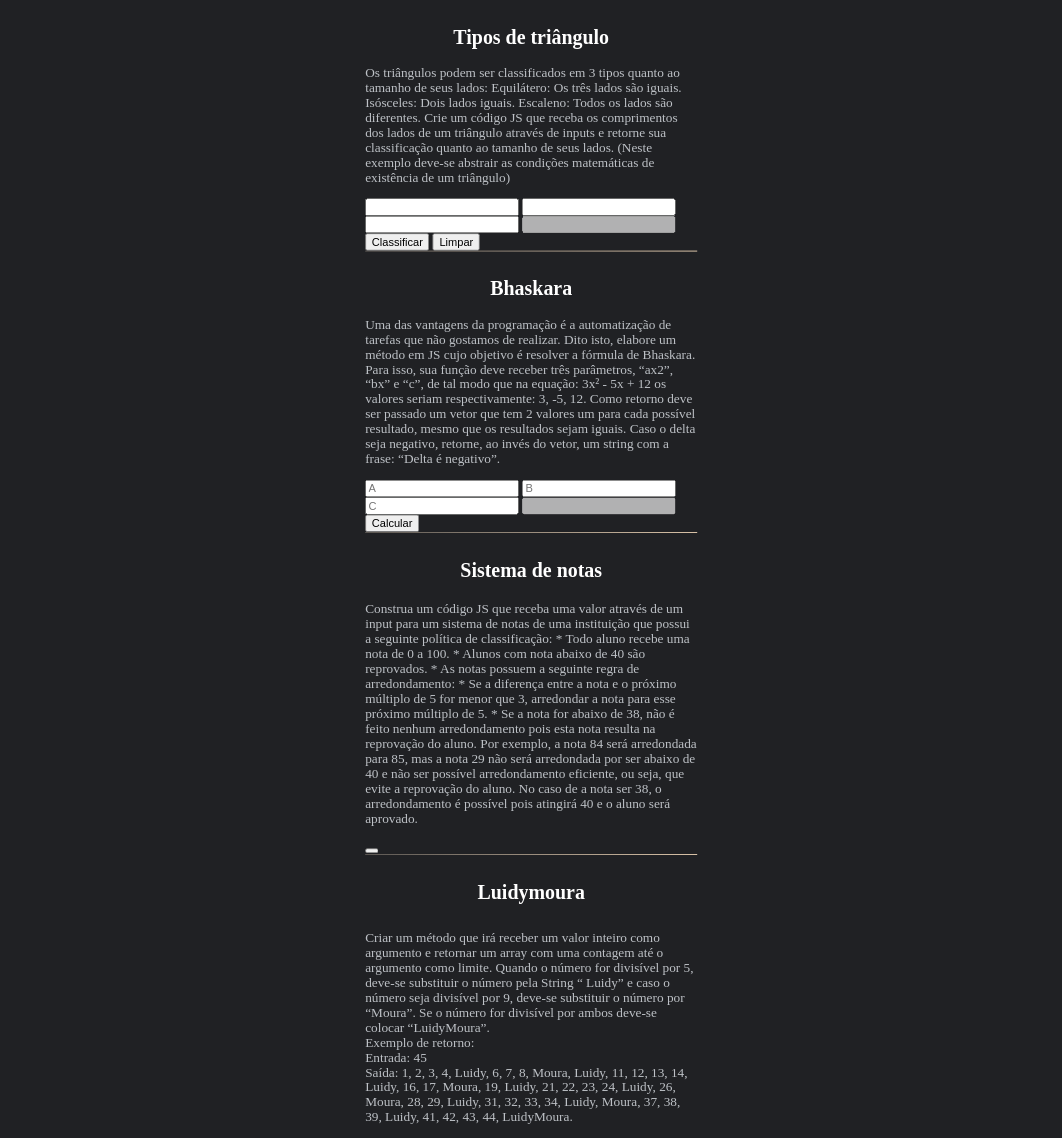
Repository: viviij/Fun-es-Simples-JavaScript
Page: index.html
These files come from the project's save history. The page is drawn as it stood at one moment and after the next save; the edit follows.
The browser window is 1280 px wide. The pictures show the whole page, at 83% of full size.

Above is the page before, as saved 2022-08-26 14:07:23.

### index.html
<!DOCTYPE html>
<html lang="ptBR">
  <head>
    <meta charset="UTF-8">
    <meta http-equiv="X-UA-Compatible" content="IE=edge">
    <meta name="viewport" content="width=device-width, initial-scale=1.0">
    <link rel="stylesheet" href="styles.css">
    <title>Prova C3C</title>
  </head>
  <body>
    <div class="container">
      <section class="Tipos de Triângulo">
        <header>
          <h1>Tipos de triângulo</h1>
          <p>
            Os triângulos podem ser classificados em 3 tipos quanto ao tamanho de seus lados:

            Equilátero: Os três lados são iguais.
            Isósceles: Dois lados iguais.
            Escaleno: Todos os lados são diferentes.

            Crie um código JS que receba os comprimentos dos lados de um triângulo através de inputs e retorne sua classificação quanto ao tamanho de seus lados. (Neste exemplo deve-se abstrair as condições matemáticas de existência de um triângulo)
          </p>

        </header>
        <div class="main">
          <input type="number" name="trianguloLado1" id="trianguloLado1"/>
          <input type="number" name="trianguloLado2" id="trianguloLado2"/>
          <input type="number" name="trianguloLado3" id="trianguloLado3"/>

          <input type="text" name="tipoDeTriangulo" id="tipoDeTriangulo" disabled/>

          <button id="classificacaoTriangulo">Classificar</button>
          <button id="limparInputBotao">Limpar</button>
        </div>
      </section>

      <div class="linhaDeDivisaoDasQuestoes"></div>

      <section class="Bhaskara">
        <header>
          <h2>Bhaskara</h2>
          <p>Uma das vantagens da programação é a automatização de tarefas que não gostamos de realizar. Dito isto, elabore um método em JS cujo objetivo é resolver a fórmula de Bhaskara.

            Para isso, sua função deve receber três parâmetros, “ax2”, “bx” e “c”, de tal modo que na equação: 3x² - 5x + 12 os valores seriam respectivamente: 3, -5, 12.

            Como retorno deve ser passado um vetor que tem 2 valores um para cada possível resultado, mesmo que os resultados sejam iguais.

            Caso o delta seja negativo, retorne, ao invés do vetor, um string com a frase: “Delta é negativo”.</p>
        </header>
        <div class="main">
          <input type="number" name="bhaskaraValorA" id="bhaskaraValorA" placeholder="A"/>
          <input type="number" name="bhaskaraValorB" id="bhaskaraValorB" placeholder="B"/>
          <input type="number" name="bhaskaraValorC" id="bhaskaraValorC" placeholder="C"/>

          <input type="text" name="tipoDeTriangulo" id="valorBhaskara" disabled/>
          <button id="calcularBhaskara">Calcular</button>
        </div>
      </section>

      <div class="linhaDeDivisaoDasQuestoes"></div>

      <section class="Sistema de Notas">
        <header>
          <h3>Sistema de notas</h3>
          <p>Construa um código JS que receba uma valor através de um input para um sistema de notas de uma instituição que possui a seguinte política de classificação:

          * Todo aluno recebe uma nota de 0 a 100.
          * Alunos com nota abaixo de 40 são reprovados.
          * As notas possuem a seguinte regra de arredondamento:
            * Se a diferença entre a nota e o próximo múltiplo de 5 for menor que 3, arredondar a nota para esse próximo múltiplo de 5.
            * Se a nota for abaixo de 38, não é feito nenhum arredondamento pois esta nota resulta na reprovação do aluno.

          Por exemplo, a nota 84 será arredondada para 85, mas a nota 29 não será arredondada por ser abaixo de 40 e não ser possível arredondamento eficiente, ou seja, que evite a reprovação do aluno.
          No caso de a nota ser 38, o arredondamento é possível pois atingirá 40 e o aluno será aprovado.</p>
        </header>
        <div class="main">
          <button id="nomeGenerico"></button>
        </div>
      </section>

      <div class="linhaDeDivisaoDasQuestoes"></div>

      <section class="LuidyMoura">
        <h4>Luidymoura</h4>
        <p>Criar um método que irá receber um valor inteiro como argumento e retornar um array com uma contagem até o argumento como limite.

          Quando o número for divisível por 5, deve-se substituir o número pela String “ Luidy” e caso o número seja divisível por 9, deve-se substituir o número por  “Moura”.
          Se o número for divisível por ambos deve-se colocar “LuidyMoura”.
          <br/>
          Exemplo de retorno:
          <br/>

          Entrada:
          45
          <br/>

          Saída:
          1, 2, 3, 4, Luidy, 6, 7, 8, Moura, Luidy, 11, 12, 13, 14, Luidy, 16, 17, Moura, 19, Luidy, 21, 22, 23, 24, Luidy, 26, Moura, 28, 29, Luidy, 31, 32, 33, 34, Luidy, Moura, 37, 38, 39, Luidy, 41, 42, 43, 44, LuidyMoura.</p>
      </section>
    </div>
    <script src="./js/tipos_de_triangulo.js"></script>
    <script src="./js/sistema_de_notas.js"></script>
    <script src="./js/luidymoura.js"></script>
    <script src="./js/bhaskara.js"></script>
  </body>
</html>

### styles.css
body {
  margin: 0;
  padding: 0;
  box-sizing: border-box;
  background: var(--background-color);
  display: flex;
  justify-content: center;
}

a {
  text-decoration: none;
}

ul {
  list-style: none;
}

:root {
  /*CORES GLOBAIS*/
  --text-color: #bdc1c6;
  --background-color: #202124;
  --title-color: #ffffff;

}

.container section {
  max-height: auto;
  max-width: 400px;
}

section {
  color: var(--text-color);
  margin-top: 2rem;
}

.container .linhaDeDivisaoDasQuestoes {
  height: 1px;
  background: linear-gradient(270deg,
      hsla(33, 100%, 88%, 1) 0%,
      hsla(33, 65%, 88%, 0.34) 100%);
}

section h1,
h2,
h3,
h4,
h5 {
  display: flex;
  justify-content: center;
  font-size: 1.5rem;
  color: var(--title-color);
}

.container .questao_1 {}

.container .questao_2 {}

.container .questao_3 {}

.container .questao_4 {}

### js/tipos_de_triangulo.js
//Selecionando itens do HTML
const t1 = document.querySelector("#trianguloLado1");
const t2 = document.querySelector("#trianguloLado2");
const t3 = document.querySelector("#trianguloLado3");
const tr = document.querySelector("#tipoDeTriangulo");
const ct = document.querySelector("#classificacaoTriangulo") ;
const lib = document.querySelector("#limparInputBotao");
//Marcar "erro" caso alguma resposta nao seja preenchida
t1.onblur = () => {
  if(t1.value == "") {
    t1.style = "border-color: #aa0044";
  }else{
    t1.style = "color: #000000";
  }
}

t2.onblur = () => {
  if(t2.value == "") {
    t2.style = "border-color: #aa0044";
  }else{
    t2.style = "color: #000000";
  }
}

t3.onblur = () => {
  if(t3.value == "") {
    t3.style = "border-color: #aa0044";
  }else{
    t3.style = "color: #000000";
  }
}

//Limpar input apos clicar no botao Limpar
lib.onclick = () => {
  t1.value = "";
  t2.value = "";
  t3.value = "";
  tr.value = "";
}

//Classificar o tipo de triangulo apos clicar no botao Classificar
ct.onclick = () => {
  //Dar foco no input vazio
  if (t1.value == "" && t2.value != "" && t3.value != "") {
    t1.focus();
  }else if (t2.value == "" && t1.value != "" && t3.value != "") {
    t2.focus();
  }else if (t3.value == "" && t1.value != "" && t2.value != "") {
    t3.focus();
  }

  if (t1.value != t2.value && t1.value != t3.value && t2.value != t3.value) {
    tr.value = "Escaleno: Todos os lados são diferentes.";

  }else if (t1.value == t2.value && t1.value == t3.value && t2.value == t3.value) {
    tr.value = "Equilátero: Os três lados são iguais.";

  }else{
    tr.value = "Isósceles: Dois lados iguais.";

  }
}

### js/luidymoura.js
function range(end) {//Função para ir do 0 até o número x
  listaNumerica = []
  contadorLista = 0
  for(i = 0; i != end+1; i++) {
    listaNumerica.push(i)
    contadorLista++
    if (divisivelPor9 % 9 == 0) {

    }
  }
  console.log(listaNumerica)
}

const arr = [1935];
const arrs = arr[0][1]
console.log(arrs)
const divisivelPor9 = (accumulator, curr) => accumulator + curr;
if (divisivelPor9 % 9 == 0) {
  console.log(arr.reduce(divisivelPor9));
}


function getSum(n)
{
    var sum = 0;
    while (n != 0) {
        sum = n % 10;
        n = parseInt(n / 10);
    }
    return sum;
}

// Driver code
var n = 1935;
console.log(getSum(n))

### js/bhaskara.js
//Selecionando itens do HTML
const bhaskaVA = document.querySelector("#bhaskaraValorA");
const bhaskaVB = document.querySelector("#bhaskaraValorB");
const bhaskaVC = document.querySelector("#bhaskaraValorC");
const resBhaska = document.querySelector("#resultadoBhaskara");
const calcBhaska = document.querySelector("#calcularBhaskara");
//Marcar "erro" caso alguma resposta nao seja preenchida
bhaskaVA.onblur = () => {
  if(bhaskaVA.value == "") {
    bhaskaVA.style = "border-color: #aa0044";
  }else{
    bhaskaVA.style = "color: #000000";
  }
}

bhaskaVB.onblur = () => {
  if(bhaskaVB.value == "") {
    bhaskaVB.style = "border-color: #aa0044";
  }else{
    bhaskaVB.style = "color: #000000";
  }
}

bhaskaVC.onblur = () => {
  if(bhaskaVC.value == "") {
    bhaskaVC.style = "border-color: #aa0044";
  }else{
    bhaskaVC.style = "color: #000000";
  }
}

//Calcular os valores de bhaskara


calcBhaska.onclick = () => {
  //Dar foco no input vazio
  if (bhaskaVA.value == "" && bhaskaVB.value != "" && bhaskaVC.value != "") {
    bhaskaVA.focus();
  }else if (bhaskaVB.value == "" && bhaskaVA.value != "" && bhaskaVC.value != "") {
    bhaskaVB.focus();
  }else if (bhaskaVC.value == "" && bhaskaVA.value != "" && bhaskaVB.value != "") {
    bhaskaVC.focus();
  }

  if (bhaskaVC.value != "" && bhaskaVA.value != "" && bhaskaVB.value != ""){
    //Função de bhaskara
    const valorDelta = (bhaskaVB.value*bhaskaVB.value) - 4*bhaskaVA.value*(bhaskaVC.value);

    if(valorDelta < 0) {
      resBhaska.value = "Delta é negativo";
    }else{
      let calculoDeX = (-bhaskaVB.value+Math.sqrt(valorDelta))/(2*bhaskaVA.value);
      let calculoDeX2 = (-bhaskaVB.value-Math.sqrt(valorDelta))/(2*bhaskaVA.value);
      bhaskaVA.value = ""
      bhaskaVB.value = ""
      bhaskaVC.value = ""

      resBhaska.value = [calculoDeX, calculoDeX2];
    }
  }
}

Loaded but not shown: js/sistema_de_notas.js (empty)

After the next save:
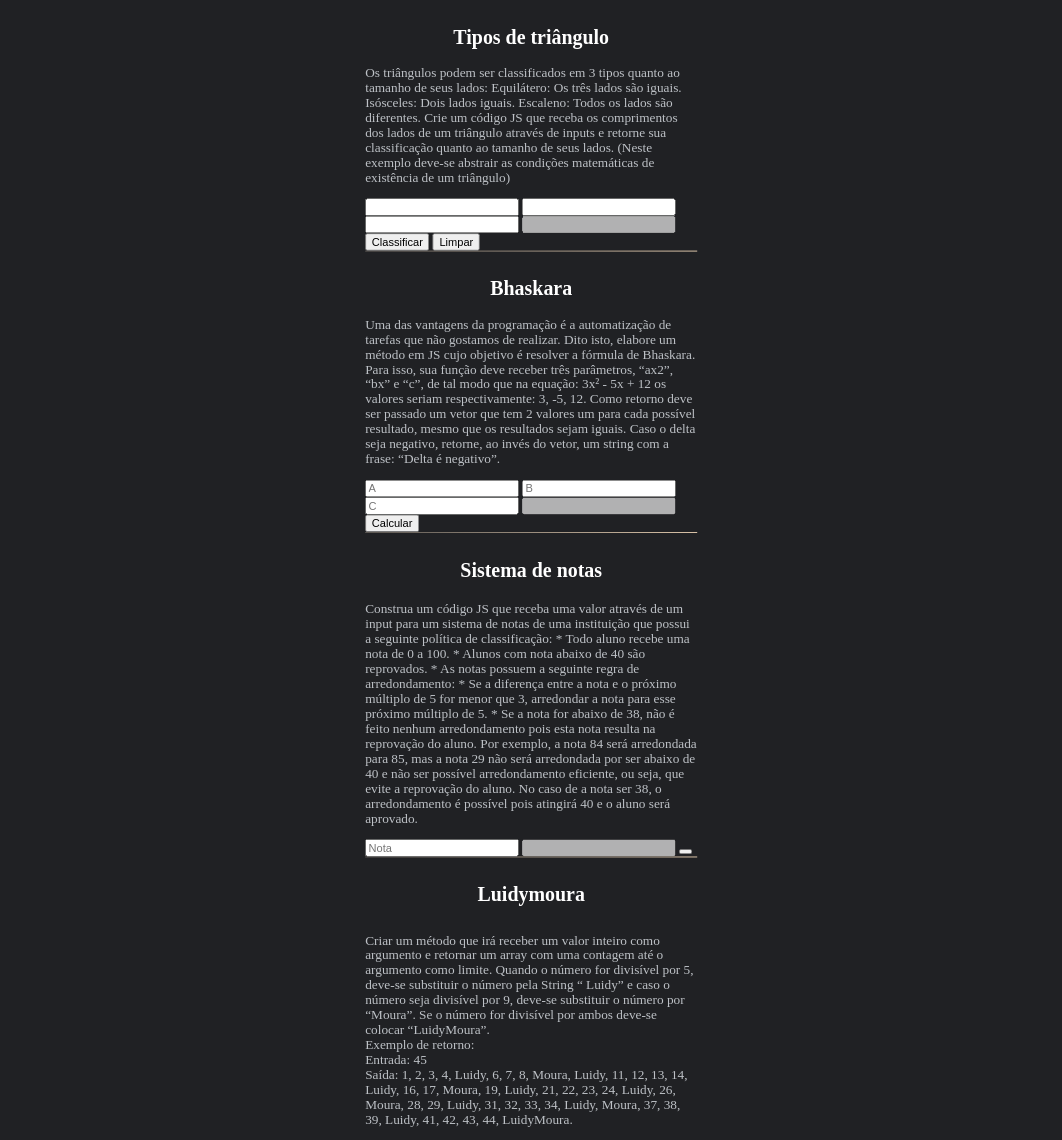
Saved 7 min 34 s later.
--- a/index.html
+++ b/index.html
@@ -75,7 +75,11 @@
           No caso de a nota ser 38, o arredondamento é possível pois atingirá 40 e o aluno será aprovado.</p>
         </header>
         <div class="main">
-          <button id="nomeGenerico"></button>
+          <input type="number" name="notaRecebida" id="notaRecebida" placeholder="Nota"/>
+
+          <input type="text" name="arredondamentoNota" id="arredondamentoNota" disabled/>
+
+          <button id="Calcular nota"></button>
         </div>
       </section>
 
